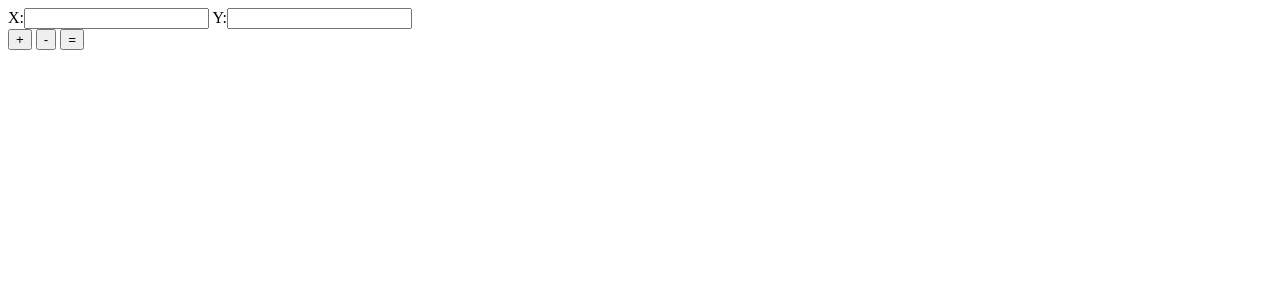
Repository: Doyoung-Park/JSP_Servlet
Page: workspace/JSPPrj/src/main/webapp/calc.html
An editor plug-in stored every save of this project. The page is shown before and after the next save, followed by the edit.
The browser window is 1280 px wide. The pictures show the whole page.

Above is the page before, as saved 2022-01-17 03:05:20.

After the next save:
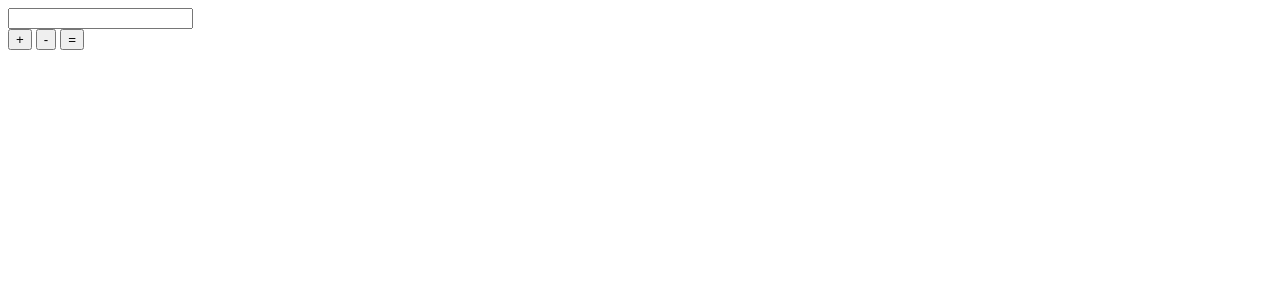
Saved 24 s later.
--- a/workspace/JSPPrj/src/main/webapp/calc.html
+++ b/workspace/JSPPrj/src/main/webapp/calc.html
@@ -9,8 +9,8 @@
 		<form action="calc" method="post">
 
 		 	<div>
-		 		X:<input type="text" name="X"/>	<!--  name tag를 단 input msg -->
-		 		Y:<input type="text" name="Y"/>
+		 		<input type="text" name="V"/>	<!--  name tag를 단 input msg -->
+
 		 		<div>
 		 			<input type="submit" name="operator" value="+"/>
 		 			<input type="submit" name="operator" value="-"/>
